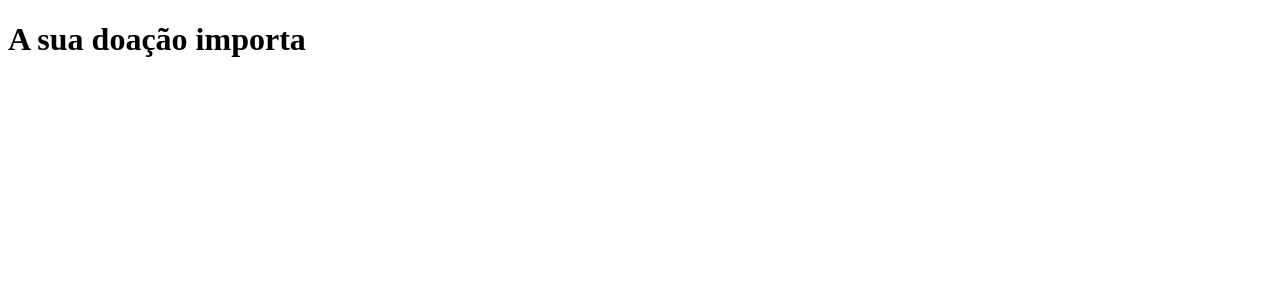
Repository: lucas-silva-dev/Doe
Page: index.html
An editor plug-in stored every save of this project. The page is shown before and after the next save, followed by the edit.
The browser window is 1280 px wide. The pictures show the whole page.

Above is the page before, as saved 2020-02-18 10:42:35.

### index.html
<!DOCTYPE html>
<!-- HTML
  HYPERTEXT
    Texto que contém links para outros documentos

  MARKUP
    Texto conterá marcações
    <tags>

  LANGUAGE
    Para comunicar de certa maneira. Sintaxe específica
-->
<html>
  <head>
    <!-- são as configurações da minha página-->
    <title>Doe sangue! Doe vida!</title>
  </head>

  <body>
    <!-- Aqui vem todo conteúdo visível para o usuário, dentro de certa página-->
    <h1>A sua doação importa</h1>
  </body>
</html>

After the next save:
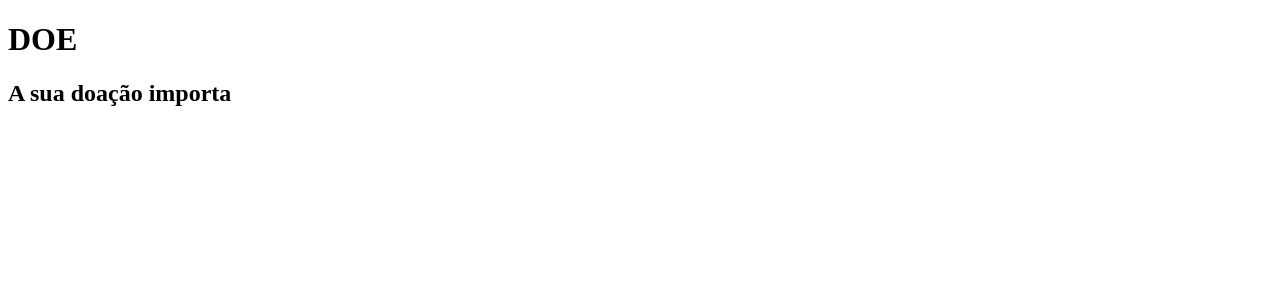
Saved 37 s later.
--- a/index.html
+++ b/index.html
@@ -18,6 +18,7 @@
 
   <body>
     <!-- Aqui vem todo conteúdo visível para o usuário, dentro de certa página-->
-    <h1>A sua doação importa</h1>
+    <h1>DOE</h1>
+    <h2>A sua doação importa</h2>
   </body>
 </html>
